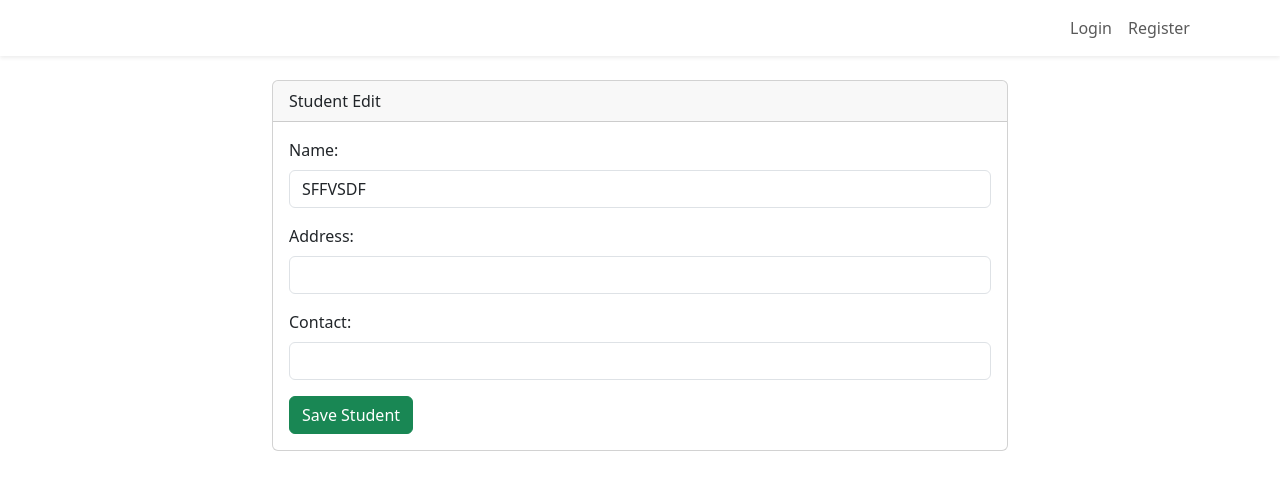
Repository: kunwarganesh07/Example
Page: http://localhost/student/edit/4
These files come from the project's save history. The page is drawn as it stood at one moment and after a run of saves; the edit follows.
The browser window is 1280 px wide. The pictures show the whole page.
The page is served by the project's Laravel application, run on PHP 8.4 with Laravel 12. Other server files are loaded and not shown. The database holds what the project's SQL file puts in it.

Above is the page before, as saved 2025-11-14 14:31:30.

### routes/web.php
<?php


use App\Http\Controllers\HomeController;
use App\Http\Controllers\StudentController;
use App\Http\Controllers\TeacherController;
use Illuminate\Support\Facades\Auth;
use Illuminate\Support\Facades\Route;

Route::get('/', function () {
    return view('welcome');
});

Auth::routes();

Route::get('/home', [HomeController::class, 'index'])->name('home');
Route::get('/student', [StudentController::class, 'index'])->name('student.index');
Route::get('/student/create', [StudentController::class, 'create'])->name('student.create');
Route::post('store', [StudentController::class, 'store'])->name('store');

Route::get('student/edit/{id}', [StudentController::class, 'edit'])->name('students.edit');

Route::get('/teachers', [TeacherController::class, 'index'])->name('teachers.index');
Route::get('/teachers/create', [TeacherController::class, 'create'])->name('teachers.create');
Route::post('/teachers/store', [TeacherController::class, 'store'])->name('teachers.store');

### app/Http/Controllers/StudentController.php
<?php

namespace App\Http\Controllers;

use App\Models\Student;
use Illuminate\Http\Request;

class StudentController extends Controller
{
    /**
     * Display a listing of the resource.
     */
    public function index()
    {
        $student = Student::all();
        return view('student.index', compact('student'));
    }

    /**
     * Show the form for creating a new resource.
     */
    public function create()
    {
        return view('student.create');
    }

    /**
     * Store a newly created resource in storage.
     */
    public function store(Request $request)
    {
        $student = new Student();
        $student->name = $request->name;
        $student->contact = $request->contact;
        $student->address = $request->address;
        $student->save();
        return redirect()->route('student.index');
    }

    /**
     * Display the specified resource.
     */
    public function show(string $id)
    {
        //
    }

    /**
     * Show the form for editing the specified resource.
     */
    public function edit(string $id)
    {
        // dd($id);
        $student = Student::findOrfail($id);
        return view('student.edit',compact('student'));
    }

    /**
     * Update the specified resource in storage.
     */
    public function update(Request $request, string $id)
    {
        //
    }

    /**
     * Remove the specified resource from storage.
     */
    public function destroy(string $id)
    {
        //
    }
}

### app/Models/Student.php
<?php

namespace App\Models;

use Illuminate\Database\Eloquent\Model;

class Student extends Model
{
    protected $fillable = ['name', 'address', 'contact'];
}

### resources/views/student/edit.blade.php
@extends('layouts.app')

@section('content')
    <div class="container">
        <div class="row justify-content-center">
            <div class="col-md-8">
                <div class="card">
                    <div class="card-header">{{ __('Student Edit') }}
                    </div>

                    <div class="card-body">
                        <form action="{{ route('store') }}" method="POST">
                            @csrf
                            <div class="mb-3">
                                <label for="name" class="form-label">Name:</label>
                                <input type="text" name="name" class="form-control" value="{{ $student->name }}" required>
                            </div>

                            <div class="mb-3">
                                <label for="address" class="form-label">Address:</label>
                                <input type="text" name="address" class="form-control" required>
                            </div>

                            <div class="mb-3">
                                <label for="contact" class="form-label">Contact:</label>
                                <input type="text" name="contact" class="form-control" required>
                            </div>

                            <button type="submit" class="btn btn-success">Save Student</button>
                        </form>
                    </div>
                </div>
            </div>
        </div>
    </div>
@endsection

### resources/views/layouts/app.blade.php
<!doctype html>
<html lang="{{ str_replace('_', '-', app()->getLocale()) }}">

<head>
    <meta charset="utf-8">
    <meta name="viewport" content="width=device-width, initial-scale=1">

    <!-- CSRF Token -->
    <meta name="csrf-token" content="{{ csrf_token() }}">

    <title>{{ config('app.name', 'Laravel') }}</title>

    <!-- Fonts -->
    <link rel="dns-prefetch" href="//fonts.bunny.net">
    <link href="https://fonts.bunny.net/css?family=Nunito" rel="stylesheet">

    <link rel="stylesheet" href="https://cdn.jsdelivr.net/npm/bootstrap@5.3.8/dist/css/bootstrap.min.css">
    <script src="https://cdn.jsdelivr.net/npm/bootstrap@5.3.8/dist/js/bootstrap.bundle.min.js"></script>
    <!-- Scripts -->
    {{-- @vite(['resources/sass/app.scss', 'resources/js/app.js']) --}}
</head>

<body>
    <div id="app">
        <nav class="navbar navbar-expand-md navbar-light bg-white shadow-sm">
            <div class="container">
                @auth
                    <a class="navbar-brand" href="{{ url('/') }}">
                        {{ config('app.name', 'Laravel') }}
                    </a>
                    <a class="navbar-brand" href="{{ route('student.index') }}">
                        {{ 'Student' }}
                    </a>
                    <a class="navbar-brand" href="{{ route('teachers.index') }}">
                        {{ 'Teacher' }}
                    </a>
                @endauth
                <button class="navbar-toggler" type="button" data-bs-toggle="collapse"
                    data-bs-target="#navbarSupportedContent" aria-controls="navbarSupportedContent"
                    aria-expanded="false" aria-label="{{ __('Toggle navigation') }}">
                    <span class="navbar-toggler-icon"></span>
                </button>

                <div class="collapse navbar-collapse" id="navbarSupportedContent">
                    <!-- Left Side Of Navbar -->
                    <ul class="navbar-nav me-auto">

                    </ul>

                    <!-- Right Side Of Navbar -->
                    <ul class="navbar-nav ms-auto">
                        <!-- Authentication Links -->
                        @guest
                            @if (Route::has('login'))
                                <li class="nav-item">
                                    <a class="nav-link" href="{{ route('login') }}">{{ __('Login') }}</a>
                                </li>
                            @endif

                            @if (Route::has('register'))
                                <li class="nav-item">
                                    <a class="nav-link" href="{{ route('register') }}">{{ __('Register') }}</a>
                                </li>
                            @endif
                        @else
                            <li class="nav-item dropdown">
                                <a id="navbarDropdown" class="nav-link dropdown-toggle" href="#" role="button"
                                    data-bs-toggle="dropdown" aria-haspopup="true" aria-expanded="false" v-pre>
                                    {{ Auth::user()->name }}
                                </a>

                                <div class="dropdown-menu dropdown-menu-end" aria-labelledby="navbarDropdown">
                                    <a class="dropdown-item" href="{{ route('logout') }}"
                                        onclick="event.preventDefault();
                                                     document.getElementById('logout-form').submit();">
                                        {{ __('Logout') }}
                                    </a>

                                    <form id="logout-form" action="{{ route('logout') }}" method="POST" class="d-none">
                                        @csrf
                                    </form>
                                </div>
                            </li>
                        @endguest
                    </ul>
                </div>
            </div>
        </nav>

        <main class="py-4">
            @yield('content')
        </main>
    </div>
</body>

</html>

### example.sql (the tables this page reads)
CREATE TABLE `students` (
  `id` bigint(20) UNSIGNED NOT NULL,
  `name` varchar(255) NOT NULL,
  `contact` varchar(255) NOT NULL,
  `address` varchar(255) NOT NULL,
  `image` varchar(255) DEFAULT NULL,
  `created_at` timestamp NULL DEFAULT NULL,
  `updated_at` timestamp NULL DEFAULT NULL,
  `status` varchar(255) NOT NULL DEFAULT 'on'
) ENGINE=InnoDB DEFAULT CHARSET=utf8mb4 COLLATE=utf8mb4_unicode_ci;

INSERT INTO `students` (`id`, `name`, `contact`, `address`, `image`, `created_at`, `updated_at`, `status`) VALUES
(4, 'SFFVSDF', '4467446667', 'sdfsgrgfdg', '1763283119.png', '2025-11-16 03:06:59', '2025-11-16 03:13:44', 'on'),
(5, 'Keelie Swanson', 'Sit ab architecto ne', 'Anim sit aperiam ess', '1763369195.png', '2025-11-17 03:01:35', '2025-11-17 03:01:35', 'on'),
(6, 'Brenda Talley', 'Officiis fugit amet', 'Non quam cumque cons', '', '2025-11-19 03:49:50', '2025-11-19 03:49:50', 'on');

ALTER TABLE `students`
  ADD PRIMARY KEY (`id`);

ALTER TABLE `students`
  MODIFY `id` bigint(20) UNSIGNED NOT NULL AUTO_INCREMENT, AUTO_INCREMENT=7;

Loaded but not shown: app/Http/Controllers/Auth/ConfirmPasswordController.php (common file); app/Http/Controllers/Controller.php (common file)

After the next 3 saves:
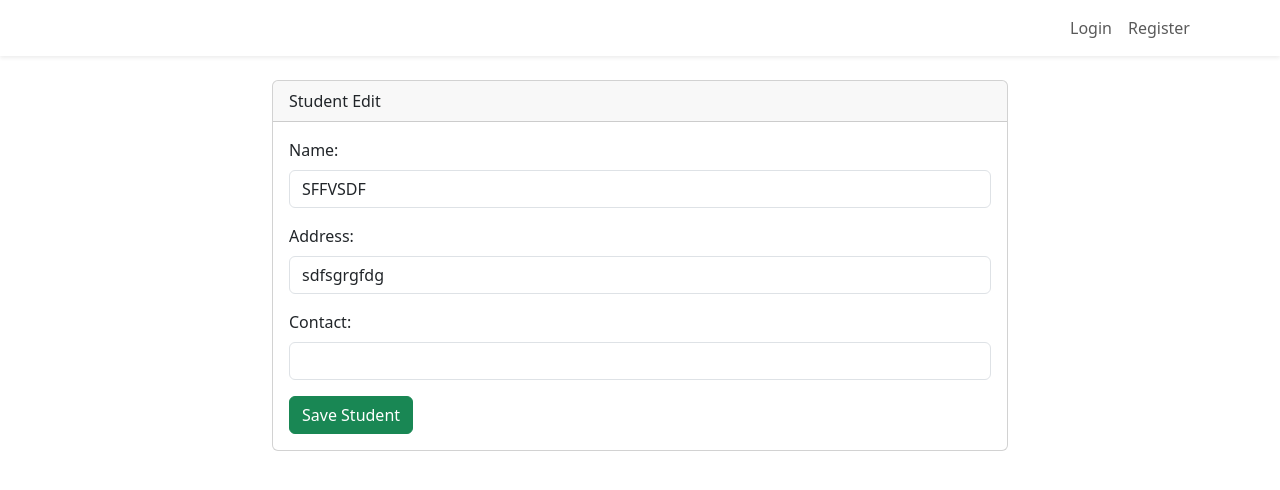
The 3 saves are shown as one change because 1 did not build or start and some came seconds apart.
The last was saved 27 s later.
--- a/resources/views/student/edit.blade.php
+++ b/resources/views/student/edit.blade.php
@@ -18,7 +18,7 @@
 
                             <div class="mb-3">
                                 <label for="address" class="form-label">Address:</label>
-                                <input type="text" name="address" class="form-control" required>
+                                <input type="text" name="address" class="form-control" value="{{ $student->address }}" required>
                             </div>
 
                             <div class="mb-3">
